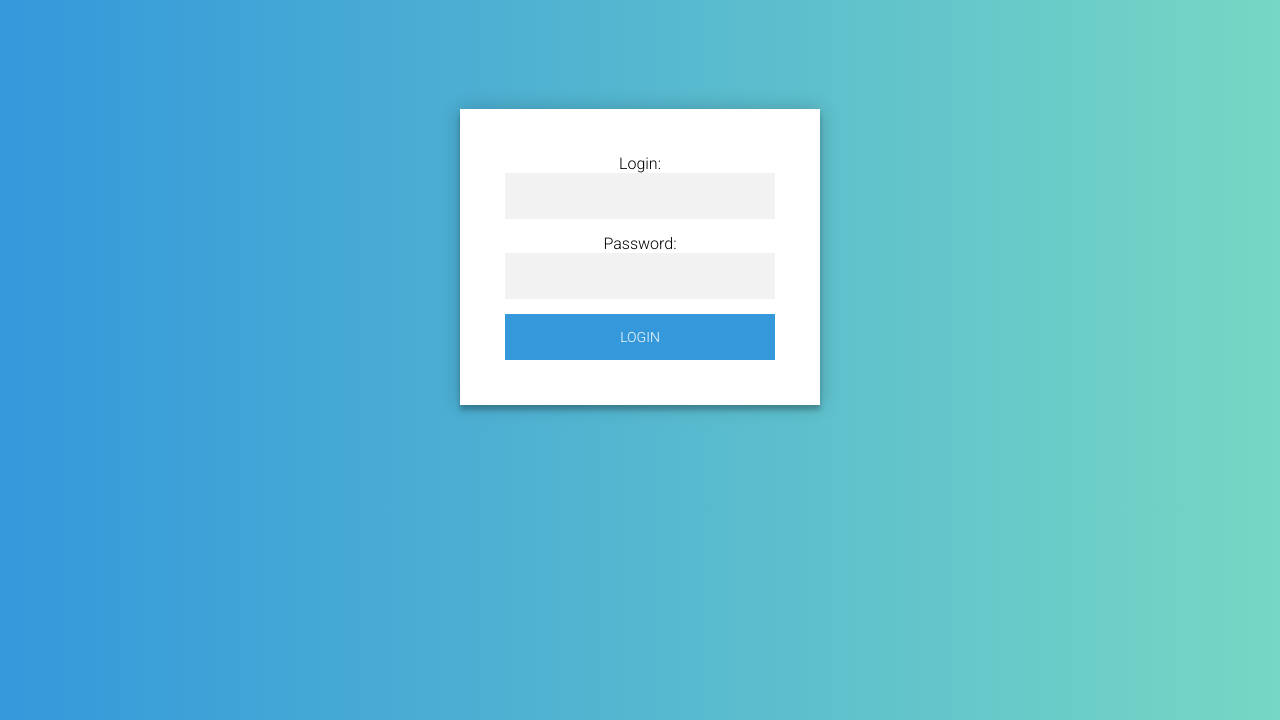
Repository: ViniciusBeletella/project-jsp
Page: http://localhost/project-jsp/
These files come from the project's save history. The page is drawn as it stood at one moment and after the next save; the edit follows.
The browser window is 1280 px wide. The pictures show the whole page.
The page is served by Tomcat 9. Other server files are loaded and not shown.

Above is the page before, as saved 2019-12-20 13:15:04.

### project-jsp/WebContent/index.jsp
<%@ page language="java" contentType="text/html; charset=UTF-8"
	pageEncoding="UTF-8"%>
<!DOCTYPE html>
<html>
<head>
<meta charset="UTF-8">
<title>Welcome to VNSComp</title>
<link rel="stylesheet" href="resources/css/style.css">
</head>
<body>
	<div class="login-page">
		<div class="form">
			<form action="LoginCheck" method="post" class="login-form">
			Login: <input type="text" id="uname" name="uname"> <br/>
			Password: <input type="password" id="password" name="password"><br />
			<button type="submit" value="login">Login</button>
			</form>
		</div>
	</div>
</body>
</html>

### project-jsp/WebContent/resources/css/style.css
@charset "UTF-8";
@import url(https://fonts.googleapis.com/css?family=Roboto:300);

.login-page {
  width: 360px;
  padding: 8% 0 0;
  margin: auto;
}
.form {
  position: relative;
  z-index: 1;
  background: #FFFFFF;
  max-width: 360px;
  margin: 0 auto 100px;
  padding: 45px;
  text-align: center;
  box-shadow: 0 0 20px 0 rgba(0, 0, 0, 0.2), 0 5px 5px 0 rgba(0, 0, 0, 0.24);
}
.form input {
  font-family: "Roboto", sans-serif;
  outline: 0;
  background: #f2f2f2;
  width: 100%;
  border: 0;
  margin: 0 0 15px;
  padding: 15px;
  box-sizing: border-box;
  font-size: 14px;
}
.form button {
  font-family: "Roboto", sans-serif;
  text-transform: uppercase;
  outline: 0;
  background: #3498DB;
  width: 100%;
  border: 0;
  padding: 15px;
  color: #FFFFFF;
  font-size: 14px;
  -webkit-transition: all 0.3 ease;
  transition: all 0.3 ease;
  cursor: pointer;
}
.form button:hover,.form button:active,.form button:focus {
  background: #43A047;
}
.form .message {
  margin: 15px 0 0;
  color: #b3b3b3;
  font-size: 12px;
}
.form .message a {
  color: #4CAF50;
  text-decoration: none;
}
.form .register-form {
  display: none;
}
.container {
  position: relative;
  z-index: 1;
  max-width: 300px;
  margin: 0 auto;
}
.container:before, .container:after {
  content: "";
  display: block;
  clear: both;
}
.container .info {
  margin: 50px auto;
  text-align: center;
}
.container .info h1 {
  margin: 0 0 15px;
  padding: 0;
  font-size: 36px;
  font-weight: 300;
  color: #1a1a1a;
}
.container .info span {
  color: #4d4d4d;
  font-size: 12px;
}
.container .info span a {
  color: #000000;
  text-decoration: none;
}
.container .info span .fa {
  color: #EF3B3A;
}
body {
  background: #3498DB; /* fallback for old browsers */
  background: -webkit-linear-gradient(right, #76D7C4, #3498DB );
  background: -moz-linear-gradient(right, #76D7C4, #3498DB );
  background: -o-linear-gradient(right, #76D7C4, #3498DB );
  background: linear-gradient(to left, #76D7C4, #3498DB );
  font-family: "Roboto", sans-serif;
  -webkit-font-smoothing: antialiased;
  -moz-osx-font-smoothing: grayscale;
}

After the next save:
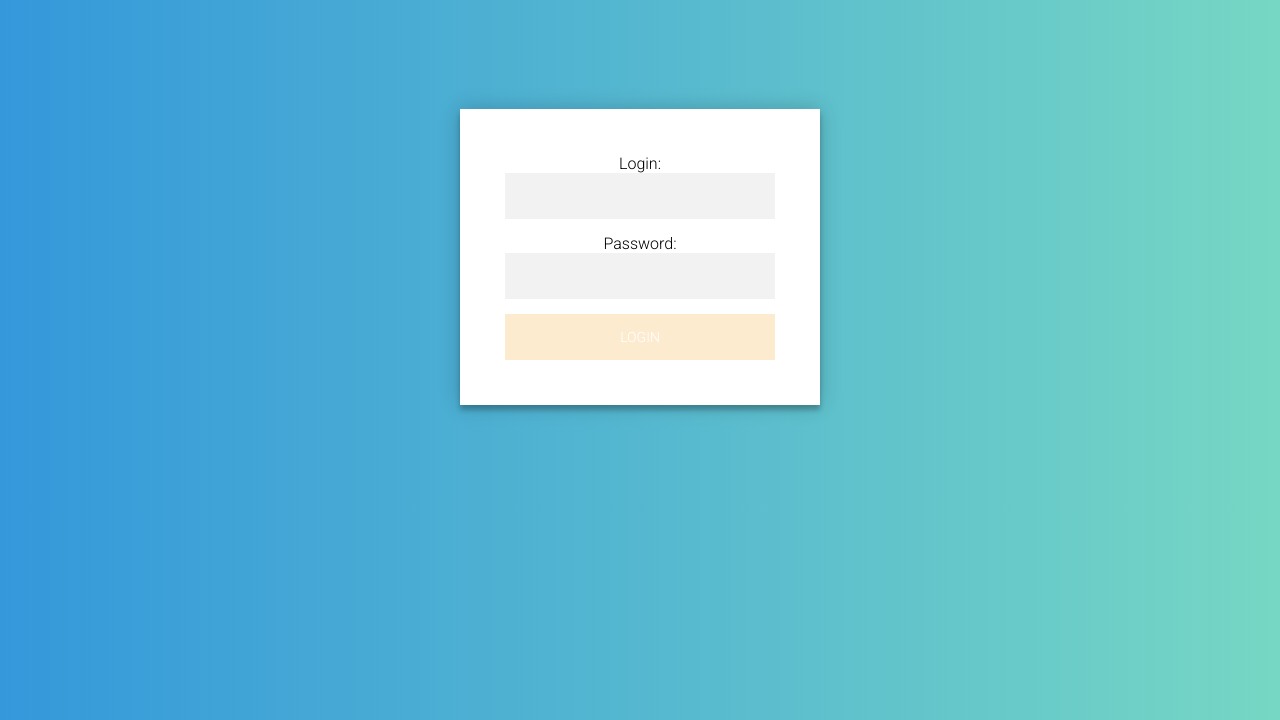
Saved 35 s later.
--- a/project-jsp/WebContent/resources/css/style.css
+++ b/project-jsp/WebContent/resources/css/style.css
@@ -31,7 +31,7 @@
   font-family: "Roboto", sans-serif;
   text-transform: uppercase;
   outline: 0;
-  background: #3498DB;
+  background: #FDEBD0;
   width: 100%;
   border: 0;
   padding: 15px;
